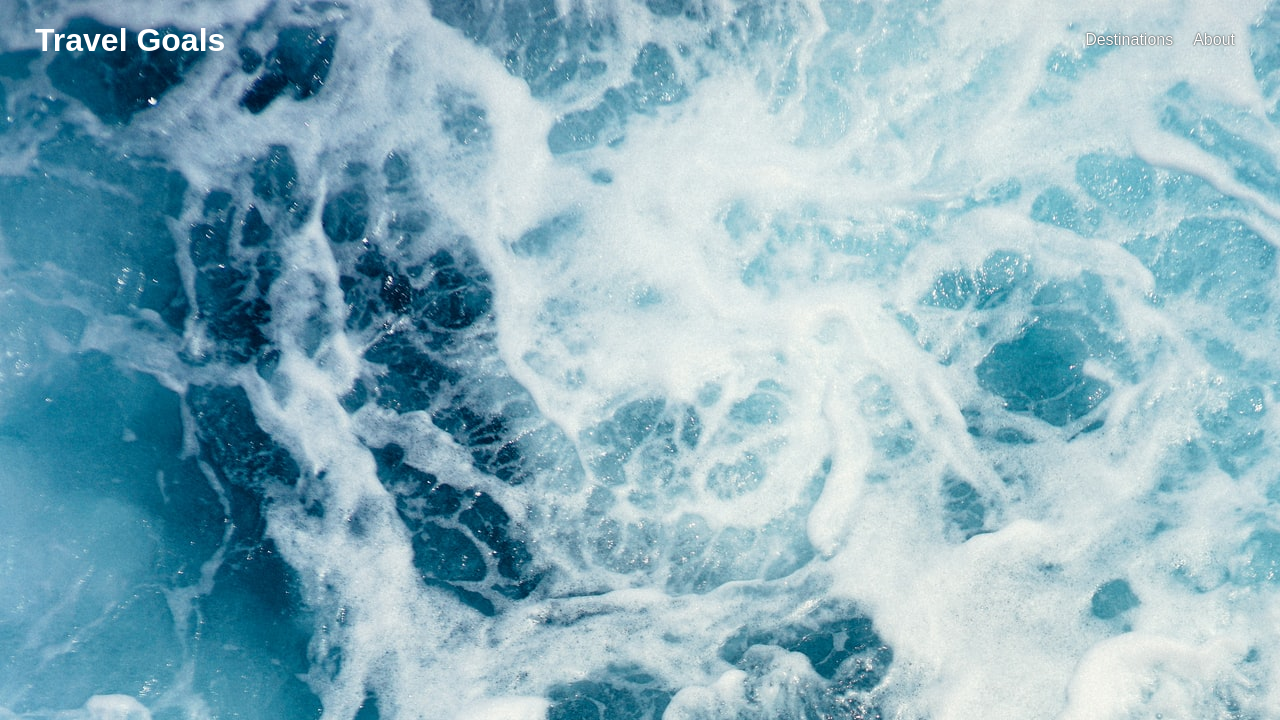
Repository: Harjot00/Wevdev
Page: Travel/index.html
The author's editor kept a copy of each file at every save. The page is drawn from the files as they stood at one save, then again after the next save.
The browser window is 1280 px wide. The pictures show the whole page.

Above is the page before, as saved 2022-05-07 02:16:09.

After the next save:
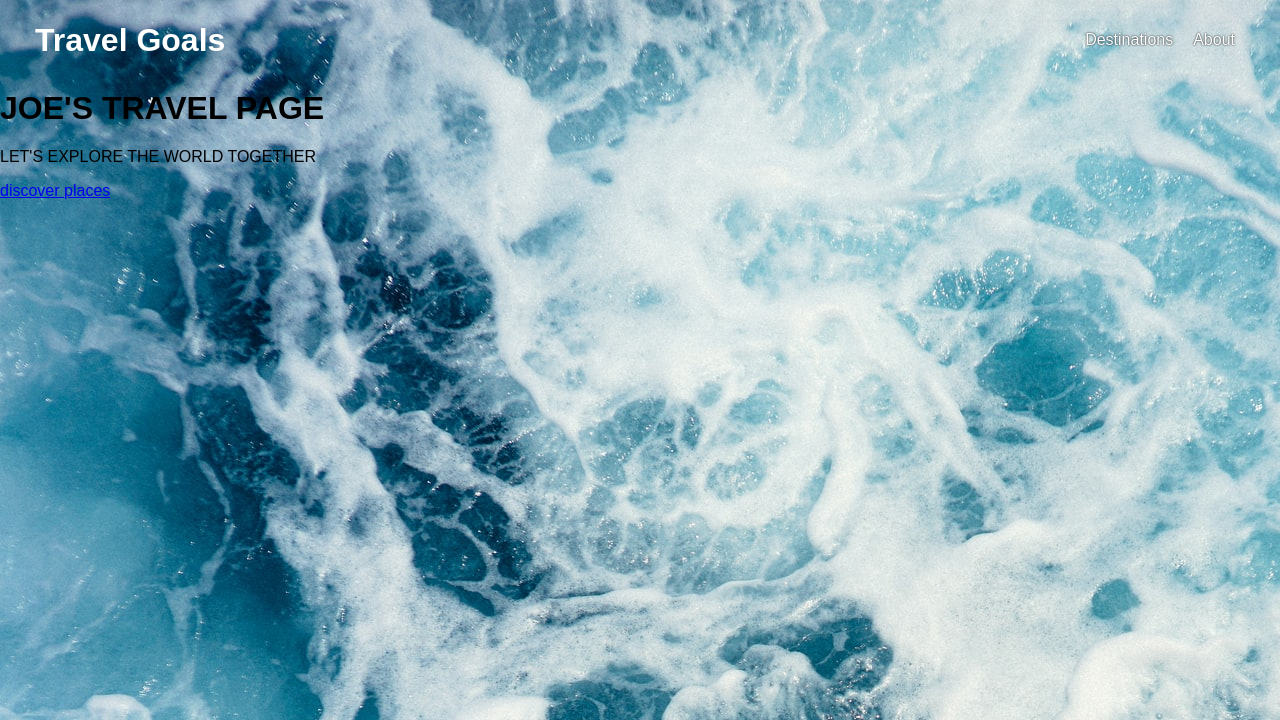
Saved 2 min 35 s later.
--- a/Travel/index.html
+++ b/Travel/index.html
@@ -16,12 +16,15 @@
                 <li><a href="#"> Destinations</a></li>
                 <li><a href="#">About</a></li>
             </ul>
-
-
-
         </nav>
     </header>
-    <main></main>
+    <main>
+        <div>
+            <h1>JOE'S TRAVEL PAGE</h1>
+            <p>LET'S EXPLORE THE WORLD TOGETHER</p>
+            <a href="#"> discover places</a>
+        </div>
+    </main>
     <footer></footer>
 </body>
 </html>
